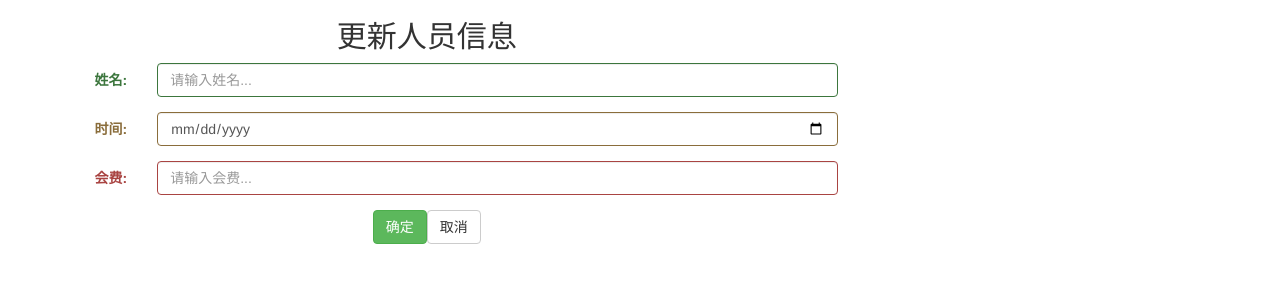
Repository: HelloChuang/HelloChuang-EclipseWorkSpace
Page: http://localhost/RetestServlet2/user_add.jsp
These files come from the project's save history. The page is drawn as it stood at one moment and after the next save; the edit follows.
The browser window is 1280 px wide. The pictures show the whole page.
The page is served by Tomcat 9. Other server files are loaded and not shown.

Above is the page before, as saved 2018-10-31 06:58:36.

### EclipseWorkSpace/RetestServlet2/WebContent/user_add.jsp
<%@ page language="java" contentType="text/html; charset=UTF-8"
    pageEncoding="UTF-8"%>
<!DOCTYPE>
<html>
<head>
<meta http-equiv="Content-Type" content="text/html; charset=UTF-8">
<link rel="stylesheet" type="text/css" href="${pageContext.request.contextPath}/css/bootstrap.min.css">
<script type="text/javascript"  href="${pageContext.request.contextPath}/js/jquery-1.9.1.js"></script>
<script type="text/javascript"  href="${pageContext.request.contextPath}/js/bootstrap.min.js"></script>
<title>首页</title>
</head>
<body>

<form  class="form-horizontal col-xs-8" role="form" action="AddUserAction">
<div align="center" ><h2>更新人员信息</h2></div>
<div class="form-group has-success">
    <label class="col-sm-2 control-label" for="inputSuccess">姓名:</label>
    <div class="col-sm-10">
      <input type="text" class="form-control" name="uname"required="required" placeholder="请输入姓名...">
    </div>
  </div>
  <div class="form-group has-warning">
    <label class="col-sm-2 control-label" for="inputWarning">时间:</label>
    <div class="col-sm-10">
      <input type="date" class="form-control"name="udate" id="inputWarning" required="required"placeholder="请输入入会时间...">
    </div>
  </div>
  <div class="form-group has-error">
    <label class="col-sm-2 control-label" for="inputError">会费:</label>
    <div class="col-sm-10">
      <input type="number"name="umoney" class="form-control" id="inputError" required="required"placeholder="请输入会费...">
    </div>
  </div>

  <div align="center"><button type="submit" class="btn btn-success">确定</button><button type="reset"class="btn btn-default">取消</button></div>
</body>
</html>

Loaded but not shown: EclipseWorkSpace/RetestServlet2/WebContent/css/bootstrap.min.css (library)

After the next save:
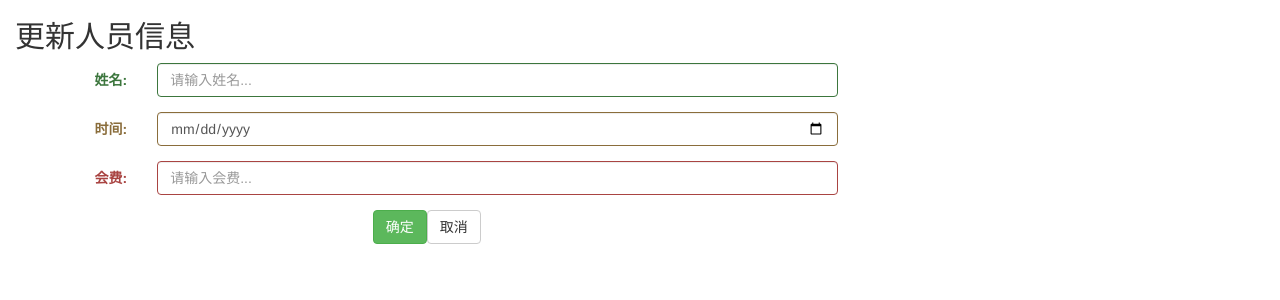
Saved 12 s later.
--- a/EclipseWorkSpace/RetestServlet2/WebContent/user_add.jsp
+++ b/EclipseWorkSpace/RetestServlet2/WebContent/user_add.jsp
@@ -12,7 +12,7 @@
 <body>
 
 <form  class="form-horizontal col-xs-8" role="form" action="AddUserAction">
-<div align="center" ><h2>更新人员信息</h2></div>
+<div  ><h2>更新人员信息</h2></div>
 <div class="form-group has-success">
     <label class="col-sm-2 control-label" for="inputSuccess">姓名:</label>
     <div class="col-sm-10">
